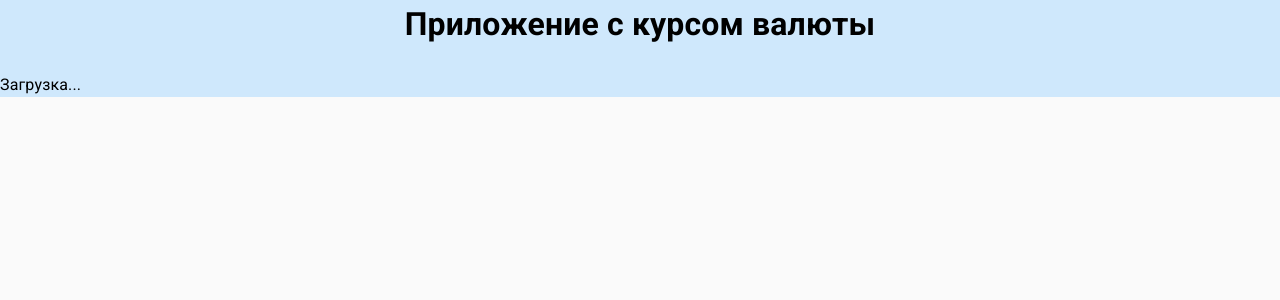
Repository: XaVi7777/mchs-test
Page: / (app in front-end/)
The author's editor kept a copy of each file at every save. The page is drawn from the files as they stood at one save, then again after the next save.
The browser window is 1280 px wide. The pictures show the whole page.
The page's requests for data from a server got no answer. The project was rebuilt for these pictures with package versions that can differ from the ones it lists, and the page was loaded fresh each time. No one was signed in, and anything a server would have sent is missing.

Above is the page before, as saved 2020-08-13 20:04:28.

After the next save:
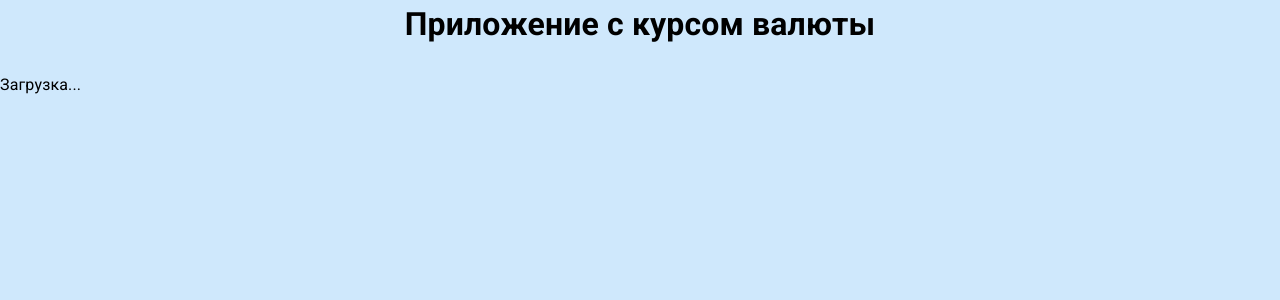
Saved 12 s later.
--- a/front-end/src/App.js
+++ b/front-end/src/App.js
@@ -23,6 +23,7 @@ function App() {
       <div className={classes.App}>
         <CssBaseline />
         <Container
+        className={classes.App}
           maxWidth={false}
           disableGutters={true}
         >
